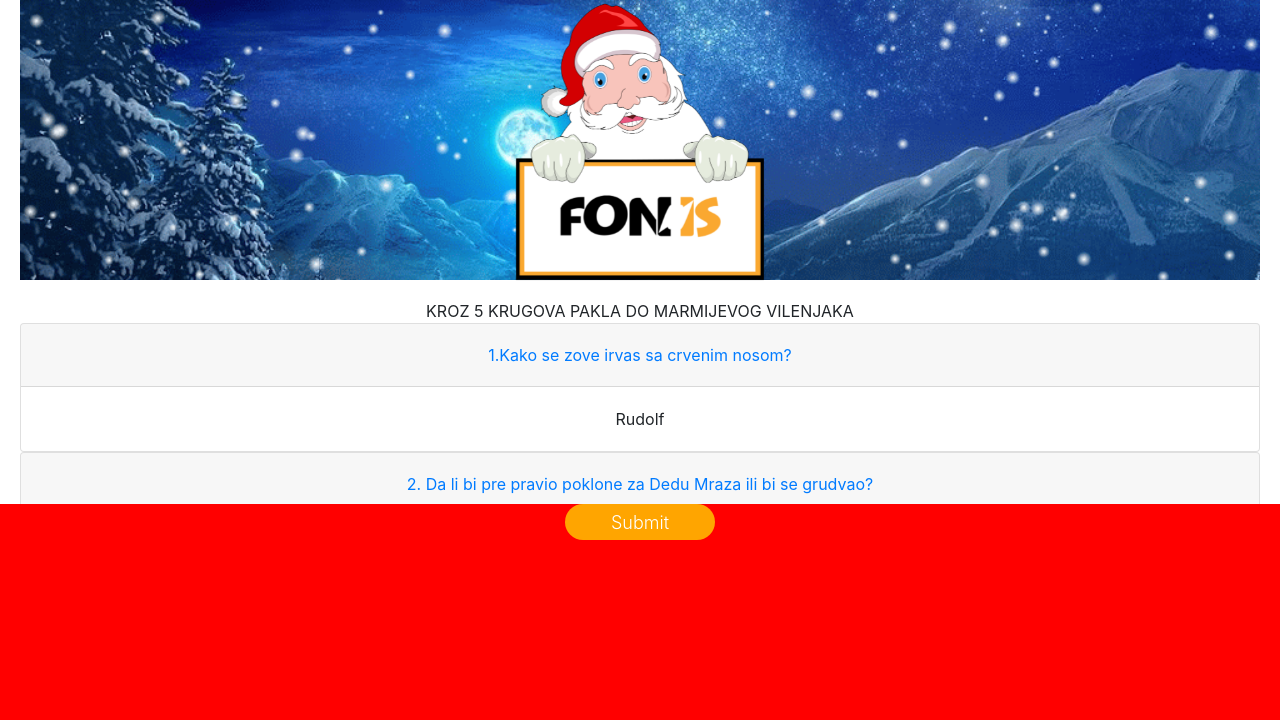
Repository: imranjukic/interni-hakaton
Page: index.html
These files come from the project's save history. The page is drawn as it stood at one moment and after the next save; the edit follows.
The browser window is 1280 px wide. The pictures show the whole page.

Above is the page before, as saved 2019-11-10 05:44:21.

After the next save:
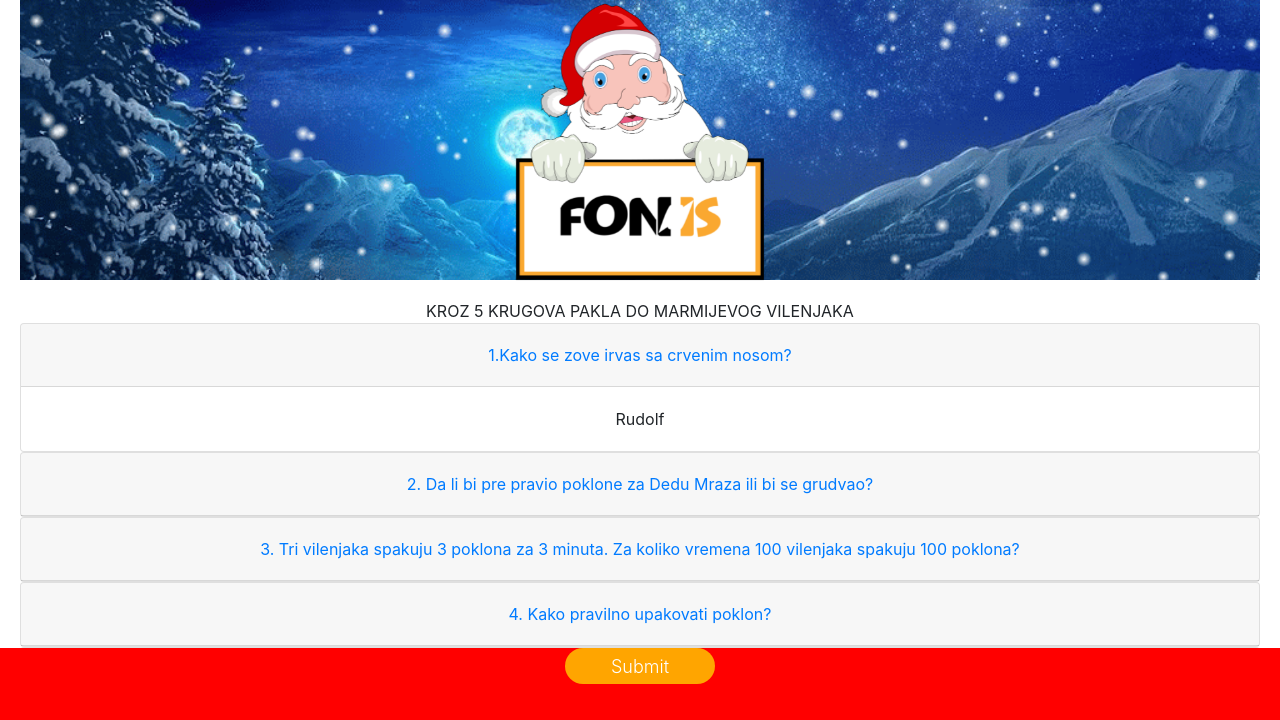
Saved 8 s later.
--- a/style.css
+++ b/style.css
@@ -84,7 +84,7 @@
     left: 0;
     bottom: 0;
     width: 100%;
-    height: 30%;
+    height: 10%;
     background-color: red;
     color: white;
     text-align: center;
